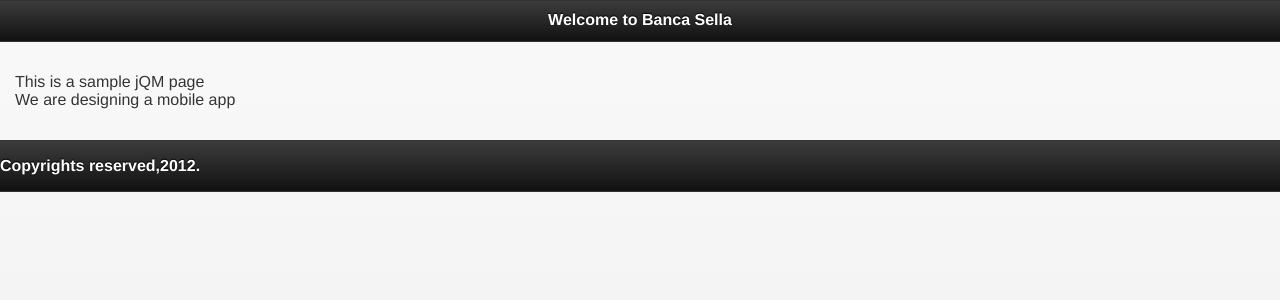
Repository: ravinforu/HTML5_CSS3_JS_Frameworks_Jul_2012-1
Page: jQM1/WebContent/index.html
An editor plug-in stored every save of this project. The page is shown before and after the next save, followed by the edit.
The browser window is 1280 px wide. The pictures show the whole page.

Above is the page before, as saved 2012-07-21 06:59:17.

### jQM1/WebContent/index.html
<!DOCTYPE html>
<html>
<head>
	<link rel="stylesheet" href="jquery.mobile-1.1.1.css">
	<script src="jquery-1.7.2.js"></script>
	<script src="jquery.mobile-1.1.1.js"></script>
</head>
<body>
	<div data-role="page">
		<div data-role="header">
			<h3>Welcome to Banca Sella</h3>
		</div>
		<div data-role="content">
			<p>
				This is a sample jQM page<br/>
				We are designing a mobile app
			</p>
		</div>
		<div data-role="footer">
			<p>Copyrights reserved,2012.</p>
		</div>
	</div>
	<div data-role="page">Page II</div>
	<div data-role="page">Page III</div>
</body>
</html>

Loaded but not shown: jQM1/WebContent/jquery.mobile-1.1.1.css (library); jQM1/WebContent/jquery-1.7.2.js (library); jQM1/WebContent/jquery.mobile-1.1.1.js (library)

After the next save:
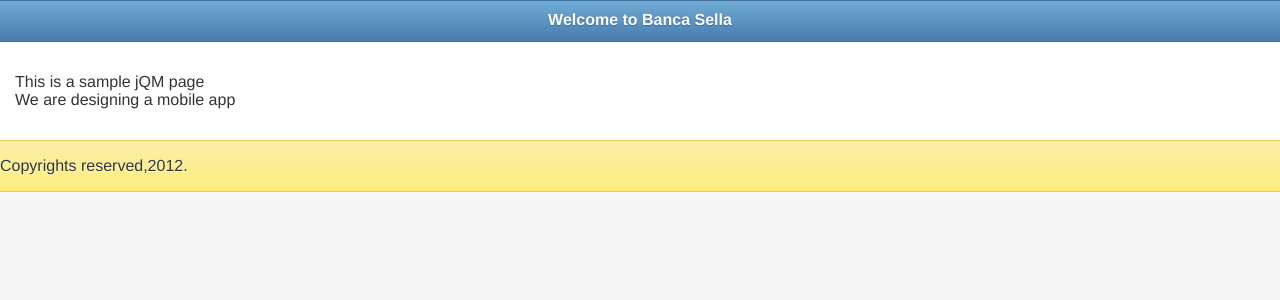
Saved 4 min 0 s later.
--- a/jQM1/WebContent/index.html
+++ b/jQM1/WebContent/index.html
@@ -7,16 +7,16 @@
 </head>
 <body>
 	<div data-role="page">
-		<div data-role="header">
+		<div data-role="header" data-theme="b">
 			<h3>Welcome to Banca Sella</h3>
 		</div>
-		<div data-role="content">
+		<div data-role="content" data-theme="d">
 			<p>
 				This is a sample jQM page<br/>
 				We are designing a mobile app
 			</p>
 		</div>
-		<div data-role="footer">
+		<div data-role="footer" data-theme="e">
 			<p>Copyrights reserved,2012.</p>
 		</div>
 	</div>
